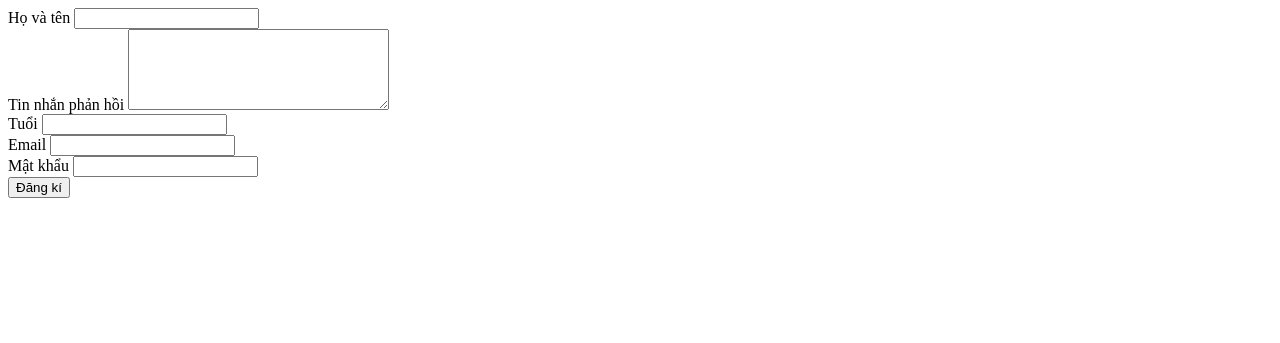
Repository: Ngoc28/HTML-CSS
Page: HTML/index.html
An editor plug-in stored every save of this project. The page is shown before and after the next save, followed by the edit.
The browser window is 1280 px wide. The pictures show the whole page.

Above is the page before, as saved 2023-08-05 14:13:42.

### HTML/index.html
<!DOCTYPE html>
<html lang="en">
<head>
    <meta charset="UTF-8">
    <meta name="viewport" content="width=device-width, initial-scale=1.0">
    <title>Document</title>
</head>
<body>
    <form action="" class="form-register">
        <!-- text -->
        <div>
            <label for="hoten">Họ và tên</label>
            <input type="text" name="hoten">
        </div>

        <div>
            <label for="tinnhan">Tin nhắn phản hồi</label>
            <textarea name="tinnhan" id="tinnhan" cols="30" rows="5"></textarea>
        </div>

        <div>
            <label for="tuoi">Tuổi</label>
            <input type="number" name="tuoi" id="tuoi">
        </div>

        <div>
            <label for="email">Email</label>
            <input type="email" name="email" id="email">
        </div>

        <div>
            <label for="password">Mật khẩu</label>
            <input type="password" name="password" id="password">
        </div>

        <div>
            <input type="submit" value="Đăng kí">
        </div>
    </form>
</body>
</html>

After the next save:
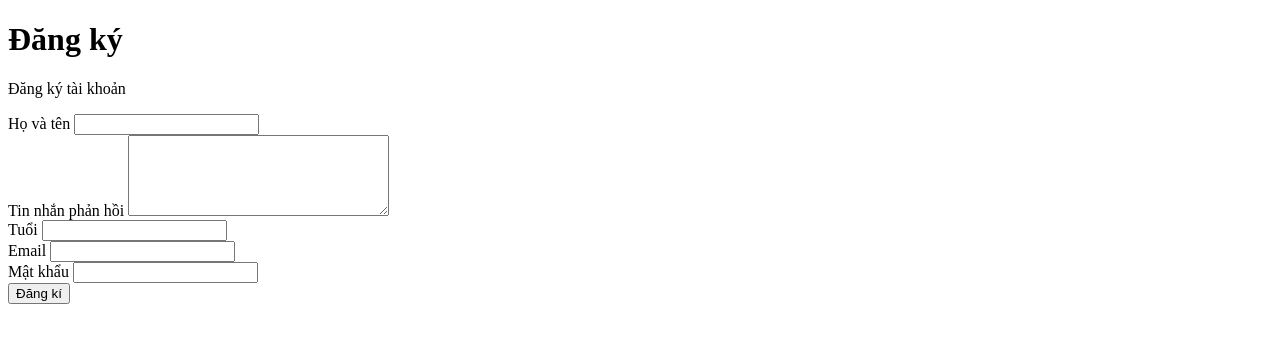
Saved 98 s later.
--- a/HTML/index.html
+++ b/HTML/index.html
@@ -7,6 +7,10 @@
 </head>
 <body>
     <form action="" class="form-register">
+        <h1 class="tieude">Đăng ký</h1>
+        <p class="desc">
+            Đăng ký tài khoản
+        </p>
         <!-- text -->
         <div>
             <label for="hoten">Họ và tên</label>
